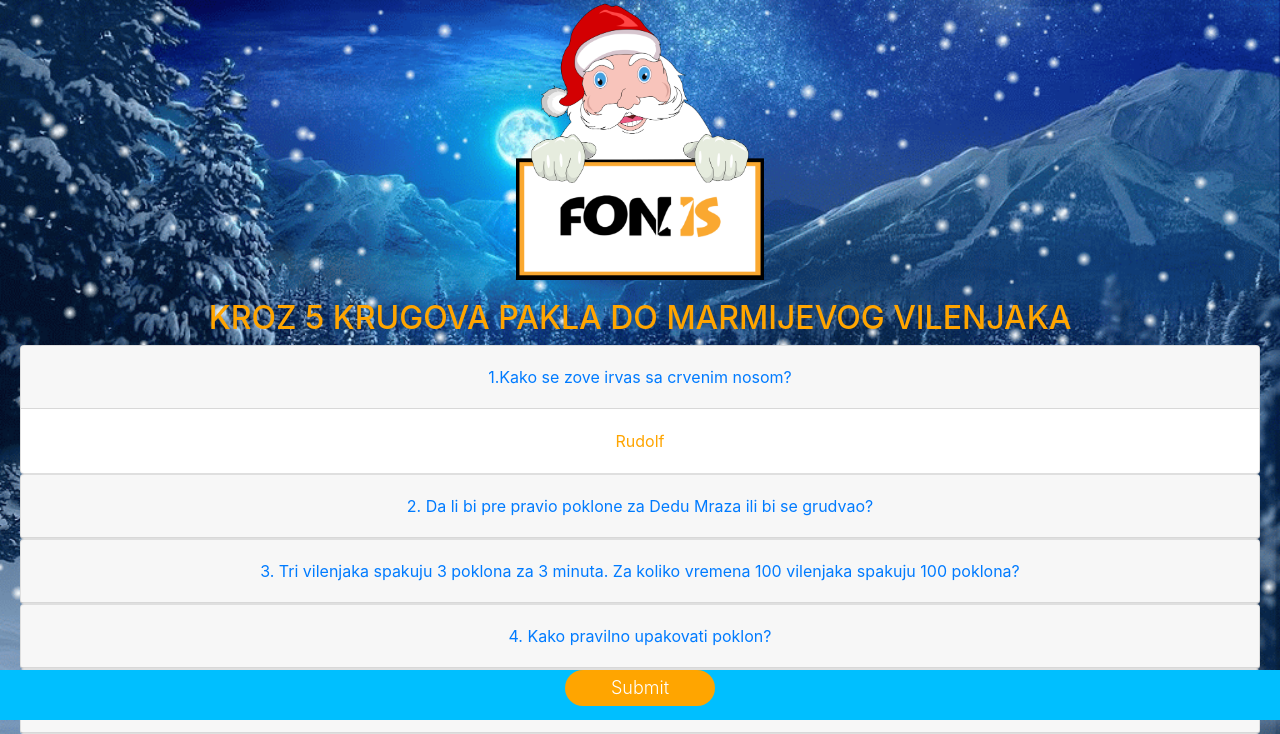
Repository: imranjukic/interni-hakaton
Page: index.html
The author's editor kept a copy of each file at every save. The page is drawn from the files as they stood at one save, then again after the next save.
The browser window is 1280 px wide. The pictures show the whole page.
Backgrounds fixed to the window are drawn as part of the page.

Above is the page before, as saved 2019-11-10 05:51:52.

After the next save:
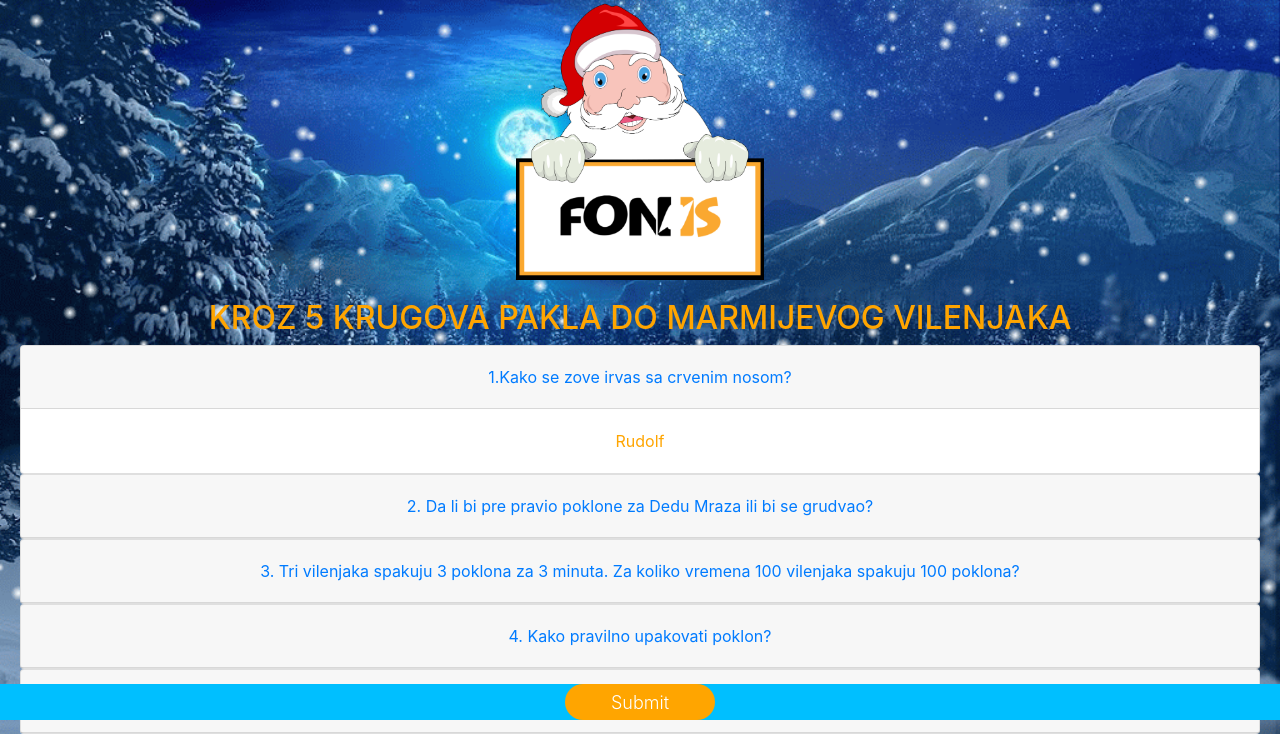
Saved 13 s later.
--- a/style.css
+++ b/style.css
@@ -82,7 +82,7 @@
     left: 0;
     bottom: 0;
     width: 100%;
-    height: 7%;
+    height: 5%;
     background-color: #00BFFF;
     color: white;
     text-align: center;
